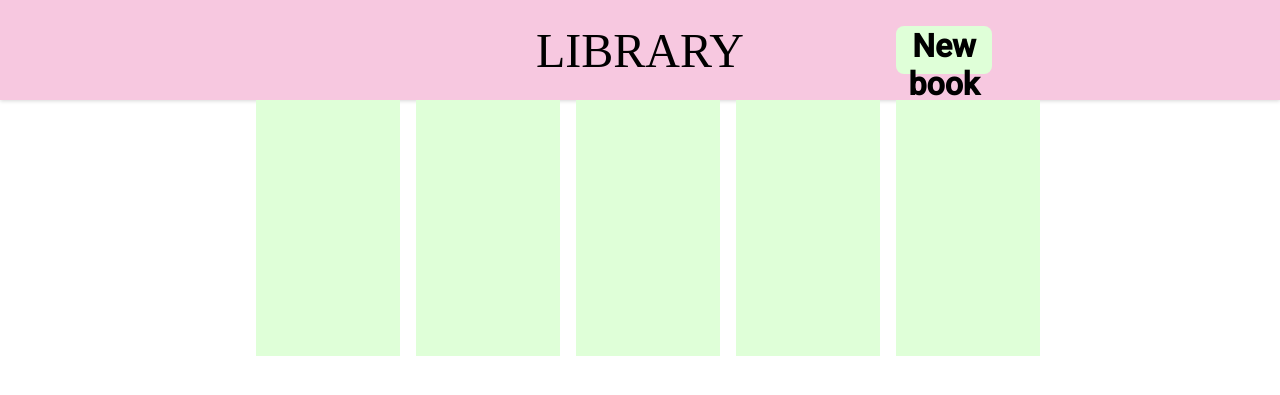
Repository: yeetzpxoci/library
Page: index.html
The author's editor kept a copy of each file at every save. The page is drawn from the files as they stood at one save, then again after the next save.
The browser window is 1280 px wide. The pictures show the whole page.
Some web fonts or font styles are not loaded; a fallback is used.

Above is the page before, as saved 2023-02-21 15:03:13.

After the next save:
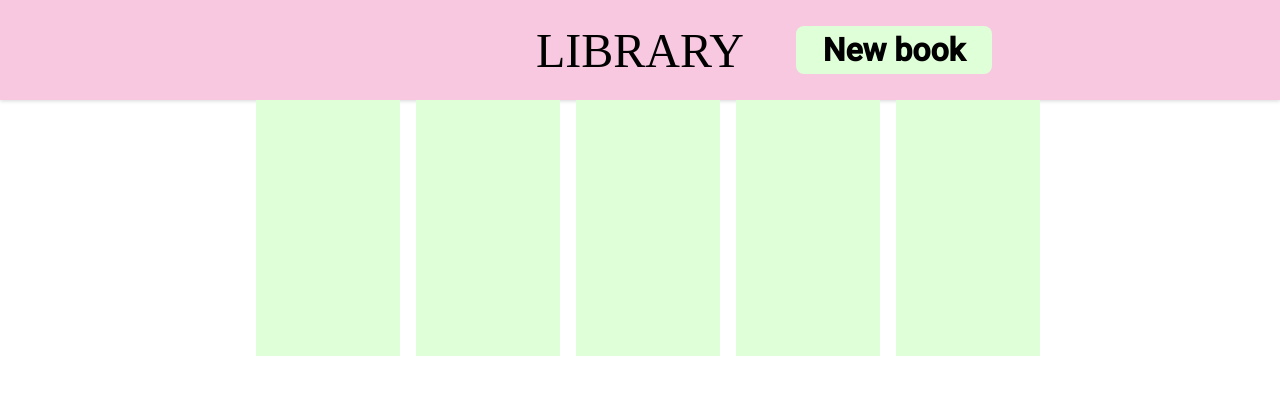
Saved 9 s later.
--- a/styles.css
+++ b/styles.css
@@ -31,7 +31,7 @@ body {
     font-weight: bold;
     background-color: #DFFFD8;
     height: 48px;
-    width: 96px;
+    width:196px;
     border-radius: 8px;
     border-width: 0px;
 }
